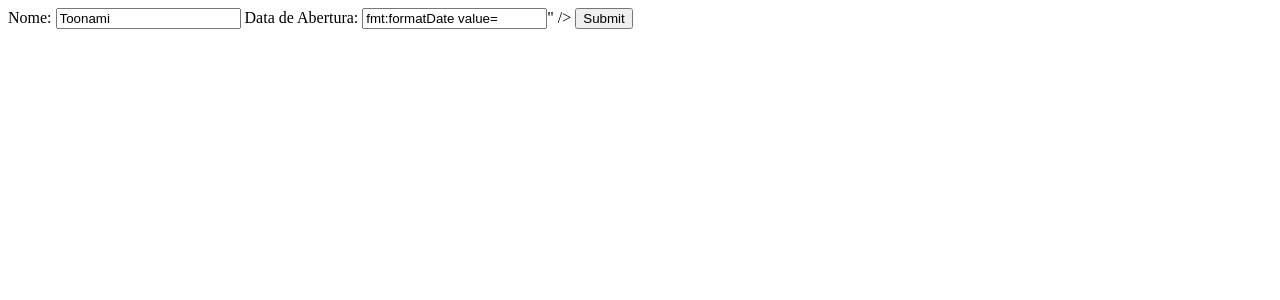
Repository: rodrigo-peddinghausen/java-servelet
Page: http://localhost/gerenciador/mostraEmpresa?id=1
An editor plug-in stored every save of this project. The page is shown before and after the next save, followed by the edit.
The browser window is 1280 px wide. The pictures show the whole page.
The page is served by Tomcat 9. Other server files are loaded and not shown.

Above is the page before, as saved 2021-05-01 16:29:50.

### gerenciador/WebContent/formAlteraEmpresa.jsp
<%@ taglib uri="http://java.sun.com/jsp/jstl/core" prefix="c" %>
<c:url value="/novaEmpresa" var="linkServletNovaEmpresa"/>
<%@ taglib uri="http://java.sun.com/jsp/jstl/fmt" prefix="fmt" %>

<!DOCTYPE html>
<html>
<head>
<meta charset="UTF-8">
<title>Insert title here</title>
</head>
<body>

	<form action="${ linkServletNovaEmpresa }" method="post"> <!-- O "action" defina a url pra onde vocêe vai enviar a requisição ao subter o formulário. E o "name" é o nome do parametro -->
		Nome: <input type="text" name="nome" value=${ empresa.nome } />
		Data de Abertura: <input type="text" name="data" value="fmt:formatDate value="${ empresa.dataAbertura }" pattern="dd/MM/yyyy"/>"  />
		<input type="submit" />
	</form>
</body>
</html>

### gerenciador/src/br/com/alura/gerenciador/servlet/MostraEmpresaServlet.java
package br.com.alura.gerenciador.servlet;

import java.io.IOException;

import javax.servlet.RequestDispatcher;
import javax.servlet.ServletException;
import javax.servlet.annotation.WebServlet;
import javax.servlet.http.HttpServlet;
import javax.servlet.http.HttpServletRequest;
import javax.servlet.http.HttpServletResponse;

@WebServlet("/mostraEmpresa")
public class MostraEmpresaServlet extends HttpServlet {
	private static final long serialVersionUID = 1L;

	protected void doGet(HttpServletRequest request, HttpServletResponse response) throws ServletException, IOException {

		String paramId = request.getParameter("id");
		Integer id = Integer.valueOf(paramId);

		Banco banco = new Banco();

		Empresa empresa = banco.buscaEmpresaPelaId(id);

		System.out.println(empresa.getNome());

		request.setAttribute("empresa", empresa);

		RequestDispatcher rd = request.getRequestDispatcher("/formAlteraEmpresa.jsp");
		rd.forward(request, response);
	}

}

### gerenciador/src/br/com/alura/gerenciador/servlet/Banco.java
package br.com.alura.gerenciador.servlet;

import java.util.ArrayList;
import java.util.Iterator;
import java.util.List;

public class Banco {


	private static List<Empresa> lista = new ArrayList<Empresa>();
	private static Integer chaveSequencial = 1;


	public void adiciona(Empresa empresa) {
		empresa.setId(chaveSequencial++);
		Banco.lista.add(empresa);
	}



	static {
		Empresa empresa = new Empresa();
		empresa.setId(chaveSequencial++);
		empresa.setNome("Toonami");
		lista.add(empresa);
	}

	public List<Empresa> getEmpresas() {
		return Banco.lista; //nome da classe porque é uma classe estatica
	}

	public void removeEmpresa(Integer id) {

		Iterator<Empresa> it = lista.iterator();

		while(it.hasNext()) {
			Empresa empresa = it.next();

			if(empresa.getId() == id) {
				it.remove();
			}
		}

	}

	public Empresa buscaEmpresaPelaId(Integer id) {
		for (Empresa empresa : lista) {
			if(empresa.getId() == id) {
				return empresa;
			}
		}
		return null;
	}
}

### gerenciador/src/br/com/alura/gerenciador/servlet/Empresa.java
package br.com.alura.gerenciador.servlet;

import java.util.Date;

public class Empresa {

	private Integer id;
	private String nome;
	private Date dataAbertura = new Date();

	public Date getDataAbertura() {
		return dataAbertura;
	}
	public void setDataAbertura(Date data) {
		this.dataAbertura = data;
	}
	public Integer getId() {
		return id;
	}
	public void setId(Integer id) {
		this.id = id;
	}
	public String getNome() {
		return nome;
	}
	public void setNome(String nome) {
		this.nome = nome;
	}


}

After the next save:
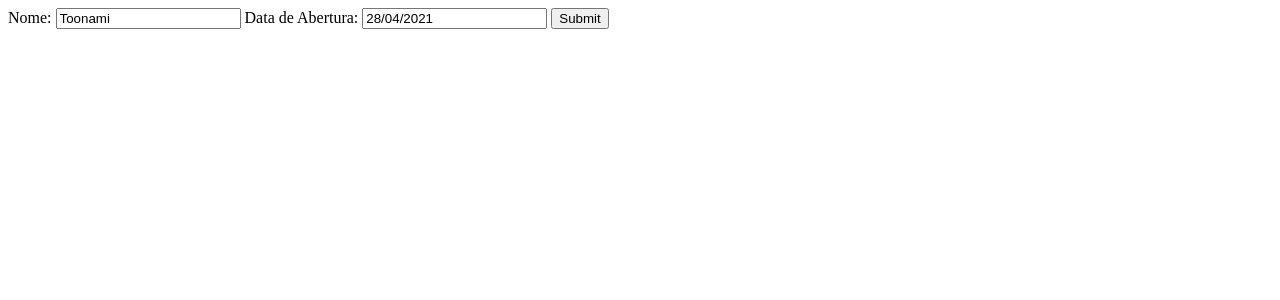
Saved 20 s later.
--- a/gerenciador/WebContent/formAlteraEmpresa.jsp
+++ b/gerenciador/WebContent/formAlteraEmpresa.jsp
@@ -12,7 +12,7 @@
 
 	<form action="${ linkServletNovaEmpresa }" method="post"> <!-- O "action" defina a url pra onde vocêe vai enviar a requisição ao subter o formulário. E o "name" é o nome do parametro -->
 		Nome: <input type="text" name="nome" value=${ empresa.nome } />
-		Data de Abertura: <input type="text" name="data" value="fmt:formatDate value="${ empresa.dataAbertura }" pattern="dd/MM/yyyy"/>"  />
+		Data de Abertura: <input type="text" name="data" value="<fmt:formatDate value="${ empresa.dataAbertura }" pattern="dd/MM/yyyy"/>"  />
 		<input type="submit" />
 	</form>
 </body>
